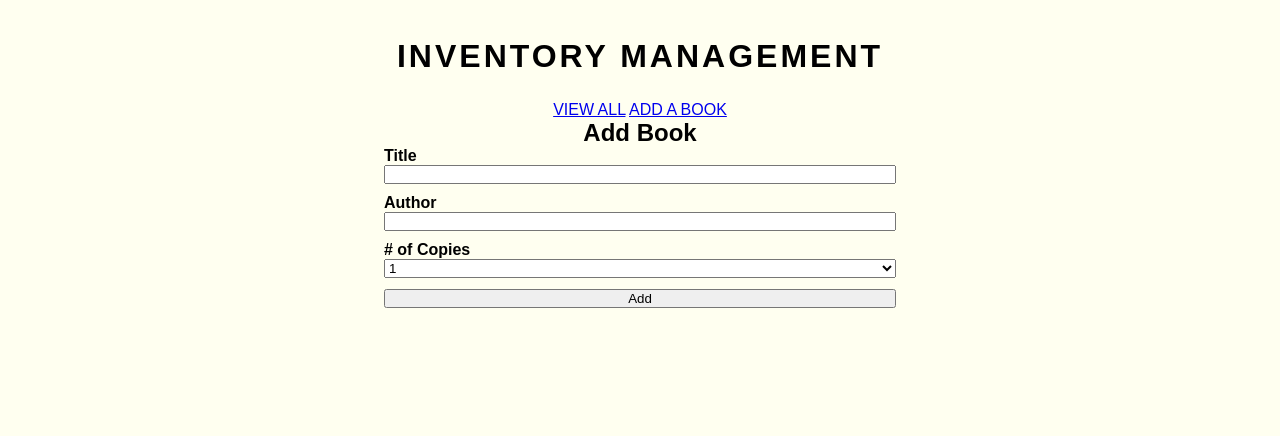
Repository: MuffinCrow/ucvts-library
Page: http://localhost/ucvts-library/bookform.jsp
These files come from the project's save history. The page is drawn as it stood at one moment and after the next save; the edit follows.
The browser window is 1280 px wide. The pictures show the whole page.
The page is served by Tomcat 9. Other server files are loaded and not shown. The template is opened directly, without the code that normally fills it, so the values that code supplies are empty.

Above is the page before, as saved 2021-01-12 05:00:40.

### Code/ucvts-library/WebContent/bookform.jsp
<%@ page language="java" contentType="text/html; charset=UTF-8" pageEncoding="UTF-8"%>
<%@ taglib uri="http://java.sun.com/jsp/jstl/core" prefix="c"%>

<!DOCTYPE html>
<html>
	<head>
		<meta charset="UTF-8">
		<title>UCVTS Library</title>

		<style type="text/css">
			<%@ include file="css/styles.css" %>
		</style>
	</head>
	<body>
		<div>
			<h1>Inventory Management</h1>

			<div>
				<a href="${pageContext.request.contextPath}/">VIEW ALL</a>
				<a href="${pageContext.request.contextPath}/add">ADD A BOOK</a>
			</div>
		</div>
		<div>
			<c:if test="${book != null}">
				<h2>Edit Book</h2>
				<form action="update" method="post">
					<input type="hidden" name="id" value="<c:out value="${book.title}" />" />

					<label>Title<input type="text" name="title" value="<c:out value="${book.title}" />" /></label>
					<label>Author<input type="text" name="author" value="<c:out value="${book.title}" />" /></label>
					<label>
						# of Copies
						<select name="copies">
							<c:forEach begin="1" end="15" varStatus="loop">
								<option value="${loop.index}" <c:if test="${book.copies == loop.index}">selected</c:if>>${loop.index}</option>
							</c:forEach>
							</select>
						</label>
					<div class="form-actions">
						<input type="submit" value="Save" name="submit" />
						<input type="submit" value="Delete" name="submit" />
					</div>
				</form>
			</c:if>
			<c:if test="${book == null}">
				<h2>Add Book</h2>
				<form action="insert" method="post">
					<input type="hidden" name="id" />

					<label>Title<input type="text" name="title" /></label>
					<label>Author<input type="text" name="author" /></label>
					<label>
						# of Copies
							<select name="copies">
								<c:forEach begin="1" end="15" varStatus="loop">
									<option value="${loop.index}">${loop.index}</option>
								</c:forEach>
							</select>
						</label>
					<input type="submit" value="Add" name="submit" />
				</form>
			</c:if>
		</div>
	</body>
</html>

### Code/ucvts-library/WebContent/css/styles.css
* {
	box-sizing: border-box;
	margin: 0;
	padding: 0;
}

body {
	background-color: ivory;
	font-family: "Montserrat", sans-serif;
	padding-top: 3%;
	text-align: center;
}

h1 {
	letter-spacing: 3px;
	margin-bottom: 2%;
	text-transform: uppercase;
}

table {
	border-collapse: collapse;
	margin: 0 auto;
	width: 80%;
}

table tr:first-child {
	background-color: lightblue;
}

table th {
	font-weight: bold;
}

table td {
	text-align: left;
}

table td:nth-child(3),
table td:nth-child(4) {
	text-align: center;
}

table td:nth-child(5) div {
	display: flex;
	justify-content: space-around;
}

table th,
table td {
	padding: 7px;
}

form {
	display: flex;
	flex-direction: column;
	margin: 0 auto;
	width: 40%;
}

form label {
	display: flex;
	flex-direction: column;
	font-weight: bold;
	margin-bottom: 2%;
	text-align: left;
}

.header {
	display: flex;
	justify-content: space-between;
	margin: 0 auto;
	margin-bottom: 2%;
	width: 30%;
}

.header-button {
	background-color: lightcoral;
	border: 1px solid black;
	border-radius: 7px;
	color: black;
	font-weight: bold;
	padding: 12px;
	text-align: center;
	text-decoration: none;
	width: 45%;
}

.header-button:active {
	background-color: coral;
	color: white;
}

.button {
	background-color: lightgray;
	border: 1px solid black;
	border-radius: 3px;
	color: black;
	font-size: 14px;
	padding: 5px;
	text-align: center;
	text-decoration: none;
	width: 25%;
}

.button:active {
	background-color: darkgray;
	color: white;
}

After the next save:
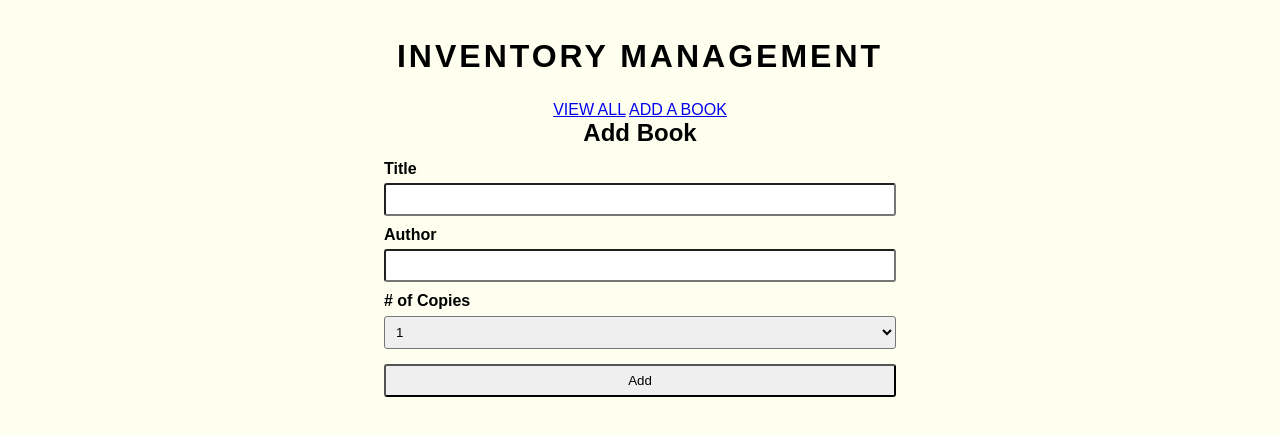
Saved 115 s later.
--- a/Code/ucvts-library/WebContent/css/styles.css
+++ b/Code/ucvts-library/WebContent/css/styles.css
@@ -65,6 +65,17 @@ form label {
 	text-align: left;
 }
 
+form input,
+form select {
+	border-radius: 3px;
+	margin-top: 1%;
+	padding: 7px;
+}
+
+h2 {
+	margin-bottom: 1%;
+}
+
 .header {
 	display: flex;
 	justify-content: space-between;
@@ -106,3 +117,13 @@ form label {
 	background-color: darkgray;
 	color: white;
 }
+
+.form-actions {
+	display: flex;
+	justify-content: space-between;
+	margin-top: 3%;
+}
+
+.form-actions input {
+	width: 45%;
+}
